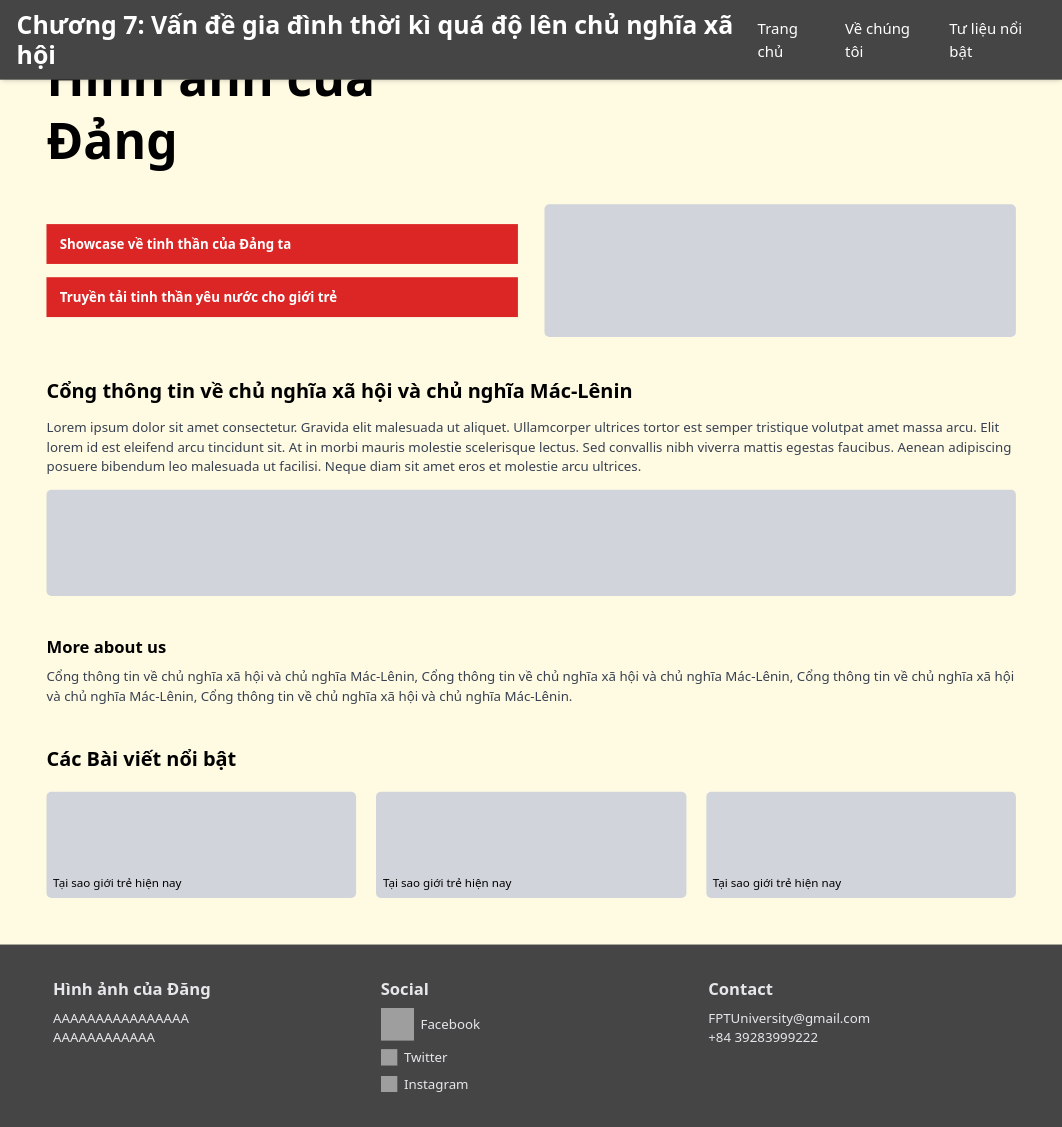
Repository: ultrakhaicraft/PRN232-Website-Showcase
Page: / (app in PRN232/)
An editor plug-in stored every save of this project. The page is shown before and after the next save, followed by the edit.
The browser window is 1280 px wide. The pictures show the whole page, at 83% of full size.
Pictures or frames that could not be fetched are drawn as grey boxes. The project was rebuilt for these pictures with package versions that can differ from the ones it lists, and the page was loaded fresh each time. Also part of the build but not shown: PRN232/vite.config.js, PRN232/src/pages/About.jsx, PRN232/src/pages/News.jsx.

Above is the page before, as saved 2025-09-17 19:08:43.

### PRN232/index.html
<!doctype html>
<html lang="en">
  <head>
    <meta charset="UTF-8" />
    <link rel="icon" type="image/svg+xml" href="/vite.svg" />
    <meta name="viewport" content="width=device-width, initial-scale=1.0" />
    <title>Thuyết trình MLN131</title>
  </head>
  <body>
    <div id="root"></div>
    <script type="module" src="/src/main.jsx"></script>
  </body>
</html>

### PRN232/src/main.jsx
import React from 'react'
import ReactDOM from 'react-dom/client'
import App from './App.jsx'
import './index.css'   // phải có dòng này

ReactDOM.createRoot(document.getElementById('root')).render(
  <React.StrictMode>
    <App />
  </React.StrictMode>,
)

### PRN232/src/App.jsx
import React from "react";
import { BrowserRouter as Router, Routes, Route } from "react-router-dom";

import Homepage from "./pages/HomePage";
import About from "./pages/About";
import News from "./pages/News";
import Navbar from "./components/Narbar";
import Footer from "./components/Footer";

function App() {
  return (
    <Router>
      <div className="flex flex-col min-h-screen">
        {/* Navbar */}
        <Navbar />

        {/* Nội dung page */}
        <main className="flex-grow p-6">
          <Routes>
            <Route path="/" element={<Homepage />} />
            <Route path="/about" element={<About />} />
            <Route path="/news" element={<News />} />
          </Routes>
        </main>

        {/* Footer (optional) */}
        <Footer/>
      </div>
    </Router>
  );
}

export default App;

### PRN232/src/index.css
@tailwind base;
@tailwind components;
@tailwind utilities;

body {
  @apply bg-[#FFFAE2];
}

### PRN232/src/pages/HomePage.jsx
import React from "react";

function Homepage() {
  return (
    <div className="bg-[#FFFAE2] min-h-screen p-8">
      {/* Tiêu đề */}
      <h1 className="mb-10 text-6xl font-extrabold leading-tight">
        Hình ảnh của <br /> Đảng
      </h1>

      {/* Showcase */}
      <div className="grid items-center gap-8 mb-12 md:grid-cols-2">
        <div>
          <div className="px-4 py-3 mb-4 font-semibold text-white bg-red-600">
            Showcase về tinh thần của Đảng ta
          </div>
          <div className="px-4 py-3 font-semibold text-white bg-red-600">
            Truyền tải tinh thần yêu nước cho giới trẻ
          </div>
        </div>
        <div className="h-40 bg-gray-300 rounded-md"></div>
      </div>

      {/* Thông tin giới thiệu */}
      <section className="mb-12">
        <h2 className="mb-4 text-2xl font-bold">
          Cổng thông tin về chủ nghĩa xã hội và chủ nghĩa Mác-Lênin
        </h2>
        <p className="mb-4 text-gray-700">
          Lorem ipsum dolor sit amet consectetur. Gravida elit malesuada ut
          aliquet. Ullamcorper ultrices tortor est semper tristique volutpat
          amet massa arcu. Elit lorem id est eleifend arcu tincidunt sit. At in
          morbi mauris molestie scelerisque lectus. Sed convallis nibh viverra
          mattis egestas faucibus. Aenean adipiscing posuere bibendum leo
          malesuada ut facilisi. Neque diam sit amet eros et molestie arcu
          ultrices.
        </p>
        <div className="h-32 bg-gray-300 rounded-md"></div>
      </section>

      {/* More about us */}
      <section className="mb-12">
        <h2 className="mb-2 text-xl font-bold">More about us</h2>
        <p className="text-gray-700">
          Cổng thông tin về chủ nghĩa xã hội và chủ nghĩa Mác-Lênin,
          Cổng thông tin về chủ nghĩa xã hội và chủ nghĩa Mác-Lênin,
          Cổng thông tin về chủ nghĩa xã hội và chủ nghĩa Mác-Lênin,
          Cổng thông tin về chủ nghĩa xã hội và chủ nghĩa Mác-Lênin.
        </p>
      </section>

      {/* Bài viết nổi bật */}
      <section>
        <h2 className="mb-6 text-2xl font-bold">Các Bài viết nổi bật</h2>
        <div className="grid gap-6 md:grid-cols-3">
          <div className="flex items-end h-32 p-2 text-sm bg-gray-300 rounded-md">
            Tại sao giới trẻ hiện nay
          </div>
          <div className="flex items-end h-32 p-2 text-sm bg-gray-300 rounded-md">
            Tại sao giới trẻ hiện nay
          </div>
          <div className="flex items-end h-32 p-2 text-sm bg-gray-300 rounded-md">
            Tại sao giới trẻ hiện nay
          </div>
        </div>
      </section>
    </div>
  );
}

export default Homepage;

### PRN232/src/components/Narbar.jsx
import React from "react";
import { Link } from "react-router-dom";

function Navbar() {
  return (
    <nav className="fixed top-0 left-0 w-full flex items-center justify-between px-5 py-3 text-white bg-[#454545] shadow-md z-50">
      {/* Logo */}
      <div className="text-3xl font-bold">
        <Link to="/">Chương 7: Vấn đề gia đình thời kì quá độ lên chủ nghĩa xã hội</Link>
      </div>

      {/* Menu */}
      <div className="flex justify-center gap-6 text-lg">
        <Link to="/" className="hover:text-blue-400">Trang chủ</Link>
        <Link to="/about" className="hover:text-blue-400">Về chúng tôi</Link>
        <Link to="/news" className="hover:text-blue-400">Tư liệu nổi bật</Link>
      </div>
    </nav>
  );
}

export default Navbar;

### PRN232/src/components/Footer.jsx
import React from "react";
import facebookLogo from "../assets/fb.png";
import twitterLogo from "../assets/x.png";
import instagramLogo from "../assets/ig.png";


function Footer() {
  return (
    <footer className="px-6 py-10 text-gray-200 bg-[#454545]">
      <div className="grid max-w-6xl grid-cols-1 gap-8 mx-auto md:grid-cols-3">

        {/* Cột 1 */}
        <div>
          <h2 className="mb-2 text-xl font-bold">Hình ảnh của Đăng</h2>
          <p>
            AAAAAAAAAAAAAAAA <br />
            AAAAAAAAAAAA
          </p>
        </div>

        {/* Cột 2 */}
        <div>
  <h2 className="mb-2 text-xl font-bold">Social</h2>
  <ul className="space-y-2">
    <li className="flex items-center gap-2">
      <img src={facebookLogo} alt="Facebook" className="w-10 h-10" />
      <a href="#" className="hover:text-blue-400">Facebook</a>
    </li>
    <li className="flex items-center gap-2">
      <img src={twitterLogo} alt="Twitter" className="w-5 h-5" />
      <a href="#" className="hover:text-blue-400">Twitter</a>
    </li>
    <li className="flex items-center gap-2">
      <img src={instagramLogo} alt="Instagram" className="w-5 h-5" />
      <a href="#" className="hover:text-blue-400">Instagram</a>
    </li>
  </ul>
</div>


        {/* Cột 3 */}
        <div>
          <h2 className="mb-2 text-xl font-bold">Contact</h2>
          <p>FPTUniversity@gmail.com</p>
          <p>+84 39283999222</p>
        </div>
      </div>
    </footer>
  );
}

export default Footer;

### PRN232/tailwind.config.js
/** @type {import('tailwindcss').Config} */
export default {
  content: [
    "./index.html",
    "./src/**/*.{js,ts,jsx,tsx}",   // rất quan trọng
  ],
  theme: {
    extend: {},
  },
  plugins: [],
};

After the next save:
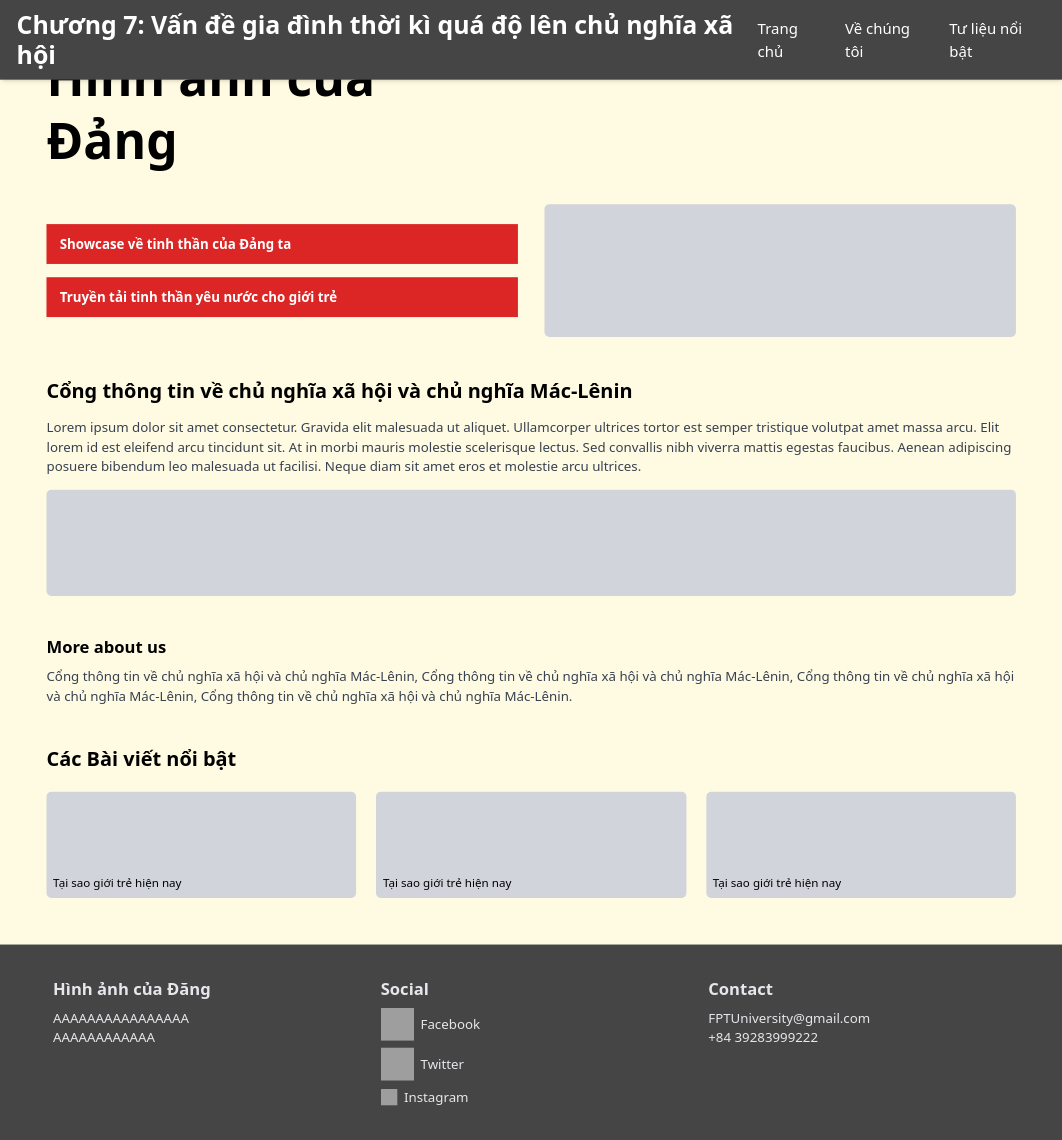
Saved 7 s later.
--- a/PRN232/src/components/Footer.jsx
+++ b/PRN232/src/components/Footer.jsx
@@ -27,7 +27,7 @@ function Footer() {
       <a href="#" className="hover:text-blue-400">Facebook</a>
     </li>
     <li className="flex items-center gap-2">
-      <img src={twitterLogo} alt="Twitter" className="w-5 h-5" />
+      <img src={twitterLogo} alt="Twitter" className="w-10 h-10" />
       <a href="#" className="hover:text-blue-400">Twitter</a>
     </li>
     <li className="flex items-center gap-2">
